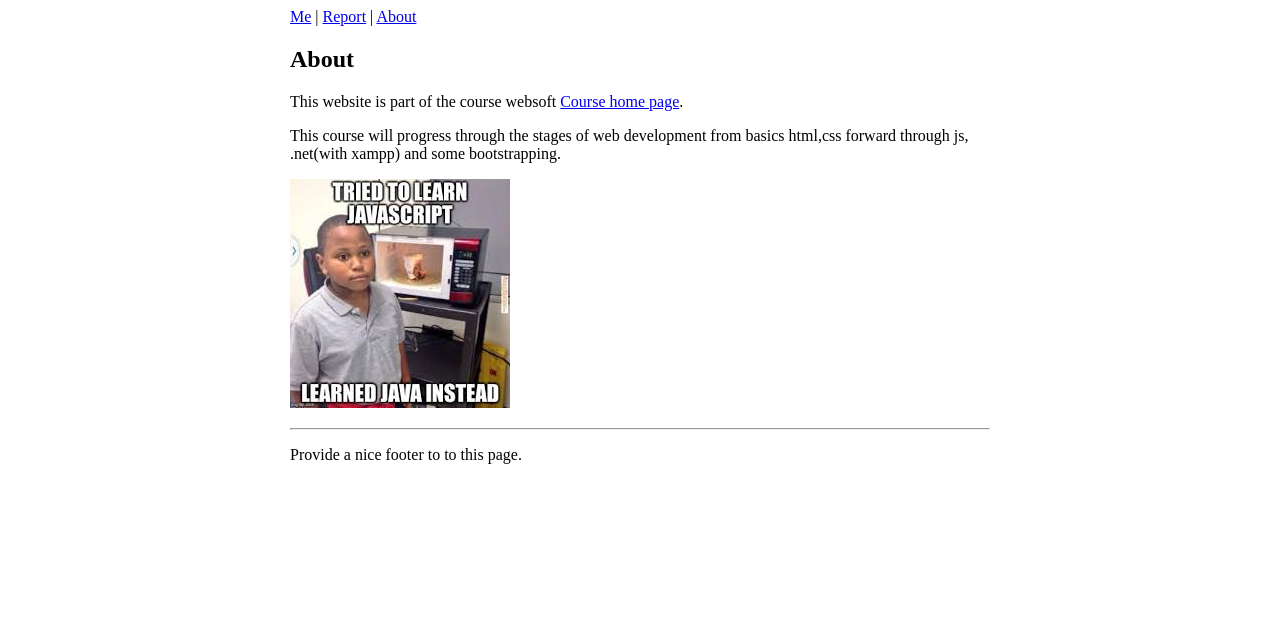
Repository: Webbprogrammering/websoft
Page: work/report/about.html
The author's editor kept a copy of each file at every save. The page is drawn from the files as they stood at one save, then again after a run of saves.
The browser window is 1280 px wide. The pictures show the whole page.

Above is the page before, as saved 2020-01-24 07:28:36.

### work/report/about.html
<!doctype html>
<html lang="en">
<head>
    <meta charset="utf-8">
    <title>About this site</title>
    <link rel="stylesheet" href="css/style.css">
    <link rel="icon" href="favicon.ico">
</head>

<body>



    <header>
        <nav>
            <a href="https://john-daley.github.io/websoft/work/report/me">Me</a> |
            <a href="https://john-daley.github.io/websoft/work/report/report">Report</a> |
            <a href="https://john-daley.github.io/websoft/work/report/about">About</a>
        </nav>
    </header>


<article>

<h1>About</h1>

<p>This website is part of the course websoft <a href="https://www.hkr.se/kurs/DA377B/kursplan">Course home page</a>. <i></i></p>

<p>This course will progress through the stages of web development from basics html,css forward through js, .net(with xampp) and some bootstrapping.</p>

<p></p>

<p>
    <img src="img/jsmeme.jpeg" width=""
    Heres a little meme for ya</p>

</article>

<footer>
    <hr>
    <p>Provide a nice footer to to this page.</p>
</footer>

<script type="text/javascript" src="js/main.js"></script>
</body>
</html>

### work/report/css/style.css
/*
 * Comments are written as C++ style.
 */
html {
    overflow-y: scroll;
}

body {
    margin: 8px auto;
    background: #fff;
    width: 700px;
}

Loaded but not shown: work/report/js/main.js (common file)

After the next 3 saves:
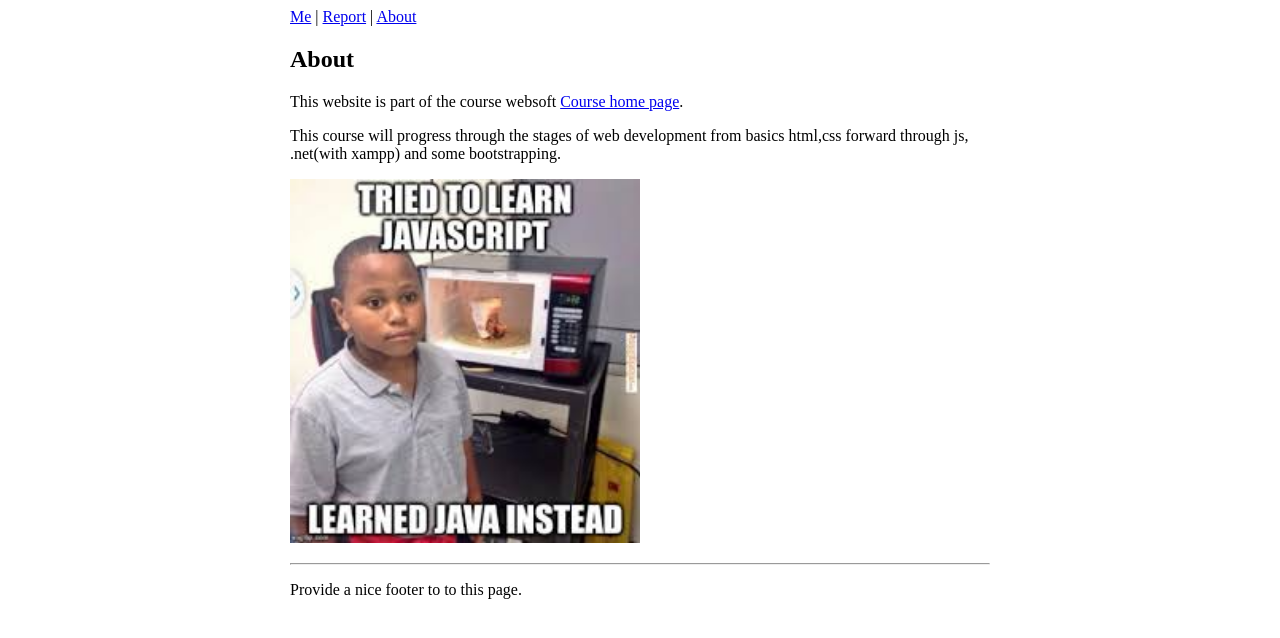
The 3 saves are shown as one change because they came seconds apart.
The last was saved 7 s later.
--- a/work/report/about.html
+++ b/work/report/about.html
@@ -31,7 +31,7 @@
 <p></p>
 
 <p>
-    <img src="img/jsmeme.jpeg" width=""
+    <img src="img/jsmeme.jpeg" width="350" alt=""
     Heres a little meme for ya</p>
 
 </article>
